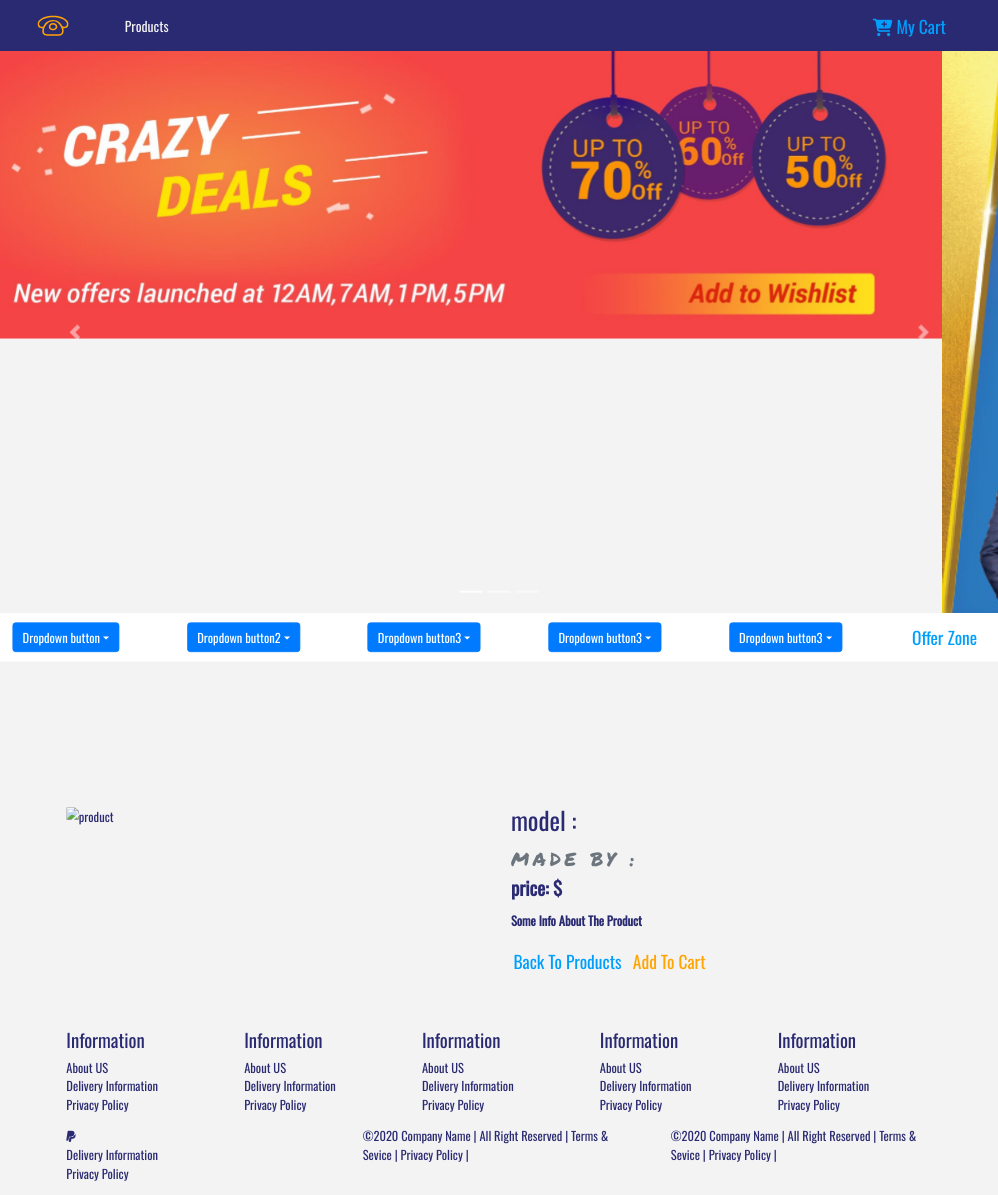
Repository: aditya1068/Online-Store
Page: /details
The author's editor kept a copy of each file at every save. The page is drawn from the files as they stood at one save, then again after the next save.
The browser window is 1280 px wide. The pictures show the whole page, at 78% of full size.
Some web libraries are served in a nearby version. The project was rebuilt for these pictures with package versions that can differ from the ones it lists, and the page was loaded fresh each time. Also part of the build but not shown: src/components/Products.js, src/components/Title.js, src/components/ProductsList.js, src/components/Cart.js, src/components/Default.js.

Above is the page before, as saved 2020-04-03 02:04:35.

### public/index.html
<!DOCTYPE html>
<html lang="en">
  <head>
    <meta charset="utf-8" />
    <link rel="icon" href="%PUBLIC_URL%/favicon.ico" />
    <meta name="viewport" content="width=device-width, initial-scale=1" />
    <meta name="theme-color" content="#000000" />
    <meta
      name="description"
      content="Web site created using create-react-app"
    />
    <link rel="apple-touch-icon" href="%PUBLIC_URL%/logo192.png" />
    <!--
      manifest.json provides metadata used when your web app is installed on a
      user's mobile device or desktop. See https://developers.google.com/web/fundamentals/web-app-manifest/
    -->
    <link rel="manifest" href="%PUBLIC_URL%/manifest.json" />
    <!--
      Notice the use of %PUBLIC_URL% in the tags above.
      It will be replaced with the URL of the `public` folder during the build.
      Only files inside the `public` folder can be referenced from the HTML.

      Unlike "/favicon.ico" or "favicon.ico", "%PUBLIC_URL%/favicon.ico" will
      work correctly both with client-side routing and a non-root public URL.
      Learn how to configure a non-root public URL by running `npm run build`.
    -->
    <!--Google Fonts-->
    <link href="https://fonts.googleapis.com/css?family=Oswald|Permanent+Marker&display=swap" rel="stylesheet">

    <!--Font Awesome-->
    <script src="https://kit.fontawesome.com/7ff98d2d13.js" crossorigin="anonymous"></script>
    <title>Store</title>
  </head>
  <body>
    <noscript>You need to enable JavaScript to run this app.</noscript>
    <div id="root"></div>
    <!--
      This HTML file is a template.
      If you open it directly in the browser, you will see an empty page.

      You can add webfonts, meta tags, or analytics to this file.
      The build step will place the bundled scripts into the <body> tag.

      To begin the development, run `npm start` or `yarn start`.
      To create a production bundle, use `npm run build` or `yarn build`.
    -->
  </body>
</html>

### src/index.js
import React from 'react';
import ReactDOM from 'react-dom';
import './index.css';
import 'bootstrap';
//import 'bootstrap/dist/css/bootstrap.css';
//import 'bootstrap/dist/js/bootstrap.js';
import App from './App';
import { BrowserRouter as Router } from 'react-router-dom';
import {ProductProvider } from './context';
import * as serviceWorker from './serviceWorker';

ReactDOM.render(
    <ProductProvider>

    <Router>
    <App/>
    </Router>

    </ProductProvider>,



 document.getElementById('root'));

// If you want your app to work offline and load faster, you can change
// unregister() to register() below. Note this comes with some pitfalls.
// Learn more about service workers: https://bit.ly/CRA-PWA
serviceWorker.unregister();

### src/App.js
import React, { Component } from "react";
import {Route,Switch} from 'react-router-dom';
import { BrowserRouter as  Router} from 'react-router-dom';
import './App.css';
import "bootstrap/dist/css/bootstrap.min.css";
import Navbar from "./components/Navbar";
import Navbar1 from "./components/Navbar1";
import ProductsList from "./components/ProductsList";
import Details from "./components/Details";
import Cart from "./components/Cart";
import Default from "./components/Default";
import Modal from './components/Modal';
import Slider from "./components/Slider";
import Footer from "./components/Footer";
import Footer2 from "./components/Footer2";

class App extends Component {
  render() {
    return(

      <Router>
        <Navbar />
        <Slider />
        <Navbar1 />

          <Switch>
            <Route path ="/" exact component ={
              () => (<ProductsList></ProductsList>)
            } />

            <Route path ="/details" exact component ={
              () => (<Details></Details>)
             } />

            <Route path ="/cart" exact component ={
              () => (<Cart></Cart>)
            } />

              <Route  component ={
              () => (<Default></Default>)
            } />

              </Switch>

            <Modal />
            <Footer />
            <Footer2 />
  </Router>

    );
  }
}

export default App;

### src/context.js
import React, { Component } from 'react';
import { storeProducts, detailProduct } from './data';

const ProductContext = React.createContext();
// Provider
// Consumer

class ProductProvider extends Component {
   state = {
     products: [],
     detailProduct: detailProduct,
     cart: [],
     modalOpen: false,
     modalProduct: detailProduct,
     cartSubTotal: 0,
     cartTax: 0,
     CartTotal: 0,
   };

   componentDidMount() {
     this.setProducts();
   }

   setProducts = () => {
     let tempProducts = [];
     storeProducts.forEach(item => {
       const singleItem = { ...item };
       tempProducts = [...tempProducts, singleItem];
     });
     this.setState(() => {
       return { products: tempProducts };
     });
   };

    getItem = (id) => {
      const product = this.state.products.find(item => item.id === id);
      return product;
    };

   handleDetail =(id) => {
     const product = this.getItem(id);
     this.setState(() => {
       return { detailProduct:product };
     });
   };

 addToCart =(id) => {
   let tempProducts = [...this.state.products];
   const index = tempProducts.indexOf(this.getItem(id));
   const product = tempProducts[index];
   product.inCart = true;
   product.count = 1;
   const  price  = product.price;
   product.total = price;
   this.setState(() => {
     return { products: tempProducts, cart: [...this.state.cart, product] };
   },
   () => {
     this.addTotals();
   });
 };

    openModal = id => {
      const product = this.getItem(id);
      this.setState(() => {
        return { modalProduct: product, modalOpen: true };
      });
    }

closeModal = () => {
  this.setState(() => {
    return { modalOpen: false };
  });
};

increment = (id) => {
  let tempCart = [...this.state.cart];
  const selectedProduct = tempCart.find(item=>item.id === id);

  const index = tempCart.indexOf(selectedProduct);
  const product = tempCart[index];

  product.count += 1;
  product.total = product.count * product.price;

  this.setState(() => {
    return { cart: [...tempCart] };
  },
  () => {
    this.addTotals();
  });
}

decrement = (id) => {
  let tempCart = [...this.state.cart];
  const selectedProduct = tempCart.find(item => item.id === id);

  const index = tempCart.indexOf(selectedProduct);
  const product = tempCart[index];
  product.count = product.count - 1;
  if (product.count === 0) {
    this.removeItem(id);
  } else {
    product.total = product.count * product.price;
    this.setState(() => {
      return { cart: [...tempCart] };
    },
    () => { this.addTotals(); });
  }
};

removeItem = (id) => {
  const tempProducts = [...this.state.products];
  let tempCart = [...this.state.cart];

  tempCart = tempCart.filter(item => item.id !== id);
  const index = tempProducts.indexOf(this.getItem(id));
  const removedProduct = tempProducts[index];
  removedProduct.inCart = false;
  removedProduct.Count = 0;
  removedProduct.total = 0;
  this.setState(() => {
    return {
      cart: [...tempCart],
      products: [...tempProducts],
    };
  });
}

clearCart =() => {
  this.setState(() => {
    return { cart: [] };
  }, () => {
    this.setProducts();
    this.addTotals();
  });
};

addTotals =() => {
  let subTotal = 0;
  this.state.cart.map(item => (subTotal += item.total));
  const tempTax = subTotal * .18;
  const tax = parseFloat(tempTax.toFixed(1));
  const total = subTotal + tax;
  this.setState(() => {
    return {
      cartSubTotal: subTotal,
      cartTax: tax,
      CartTotal: total,
    };
  });
};

render() {
  return (
    <ProductContext.Provider value={{
      ...this.state,
      handleDetail: this.handleDetail,
      addToCart: this.addToCart,
      openModal: this.openModal,
      closeModal: this.closeModal,
      increment: this.increment,
      decrement: this.decrement,
      removeItem: this.removeItem,
      clearCart: this.clearCart,
    }}
    >
      {this.props.children}
    </ProductContext.Provider>
  );
}
}


const ProductConsumer = ProductContext.Consumer;

export { ProductProvider, ProductConsumer };

### src/App.css
:root{
  --mainBlue: #2a2a72;
  --lightBlue: #009ffd;
  --mainWhite: #f3f3f3;
  --mainDark: #232528;
  --mainYellow: #ffa400;
}
body{
    font-family: 'Oswald', sans-serif !important;
    background: var(--mainWhite)!important;
    color: var(--mainBlue)!important ;
}
.text-title{
font-family: 'Permanent Marker', cursive;
letter-spacing: 0.3rem;
text-transform: uppercase;
}
.text-blue{
  color: var(--mainBlue);
}
.text-bright{
  color: var(--lightBlue);
}
.btn-black{
  background: transparent;
  text-transform: capitalize;
  font-size: 0.6rem !important;
  color: var(--mainDark);
  border-radius: 0 !important;
  border: 0.1rem solid var(--mainDark) !important;
}

.btn-black:hover{
  background: var(--mainDark) !important;
  color: var(--mainWhite) !important;
}

.cart-icon{
  cursor: pointer;
  font-size: 1.2rem;
  color: var(--mainYellow);
}

### src/components/Navbar.js
import React, { Component } from 'react';
import {Link} from 'react-router-dom';
import logo from "../logo.svg";
import styled from "styled-components";
import {ButtonContainer} from  './button';
export default class Navbar extends Component{
    render(){
        return(

           <NavWrapper className="navbar navbar-expand-sm navbar-dark  px-sm-5">
               { /*
                https://www.iconfinder.com/icons/1243689/call_phone_icon
                Creative Commons (Attribution 3.0 Unported);
               https://www.iconfinder.com/Makoto_msk */}
    <Link to ='/' >
     <img src={logo} alt = "store" className="navbar-brand" />
    </Link>
    <ul className= "navbar-nav align-items-center">
        <li className="nav-item ml-5">
        <Link to= "/" className= "nav-link">
            products
            </Link>
            </li>
        </ul>
        <Link to= '/Cart' className="ml-auto">

        <ButtonContainer>
            <span className ="mr-2">
                <i className="fas fa-cart-plus"></i>  my cart
                </span> </ButtonContainer>
        </Link>
            </NavWrapper>
        );
    }
}

const NavWrapper =styled.nav`
background: var(--mainBlue);
.nav-link{
    color:var(--mainWhite)!important;
    font-size: 1.1rem;
    text-transform: capitalize;
}
`;

### src/components/Details.js
import React, { Component } from 'react';
import {ProductConsumer} from '../context';
import {Link} from 'react-router-dom';
import {ButtonContainer} from './button';
export default class Details extends Component{
    render(){
        return(

            <ProductConsumer>
                {(value)=>{
                    const {id,company,img,info,price,title,inCart}=
                    value.detailProduct;
                    return(
                        <div className="container py-5">
                            {/*title */}
                            <div className="row">
                                <div className="col-10 mx-auto text-center text-slanted text-blue my-5">
                                    <h1>{title}</h1>
                                    </div>
                            </div>

                            {/*end title */}
                            {/*Product info */}
                            <div className="row">
                                <div className="col-10 mx-auto col-md-6 my-3">

                                 <img src={img} className="img-fluid" alt="product"/>
                                </div>
                                {/* Product text */}
                                <div className="col-10 mx-auto col-md-6 my-3  text-capitalise">
                                    <h2>model :{title}</h2>
                                    <h4  className="text-title text-upercase text-muted mt-3 mb-2">
                                   made by : <span className="text-uppercase">
                                       {company}</span>  </h4>
                                       <h4 className="text-blue">
                                           <strong>
                                               price: <span>$</span>
                                          {price}
                                           </strong>
                                  </h4>
                                <p className="text-capitalize font-weight-bold mt-3 mb-0">
                                    some info about the product
                                </p>
                                <p className="text-muted lead">{info}</p>
                                {/* buttons */}
                                <div>
                                    <Link to="/">
                                        <ButtonContainer>back to products</ButtonContainer>
                                    </Link>
                                    <ButtonContainer cart
                                     disabled={inCart ? true : false}
                                     onClick={()=>{
                                        value.addToCart(id);
                                        value.openModal(id);
                                     }}
                                     >
                                        {inCart ? "inCart": "add to cart"}
                                    </ButtonContainer>

                                </div>
                            </div>
                        </div>
                        </div>
                    );
                }}

            </ProductConsumer>

        );
    }

}

### src/components/Modal.js
import React, { Component } from 'react'
import styled from 'styled-components';
import {ProductConsumer} from '../context';
import {ButtonContainer } from './button';
import {Link} from "react-router-dom";


export default class  extends Component {
    render() {
        return (
            <ProductConsumer>
                {(value) => {
                    const {modalOpen,closeModal} = value;
                    const {img,title,price} = value.modalProduct;

                    if(!modalOpen){
                        return null;
                    }

                    else{
                return (
                <ModalContainer>
    <div className="container">
    <div className="row">
      <div id="modal" className= "col-8 mx-auto col-md-6 col-lg-4 text-center text-capitalize">
    <h5>item added to the cart</h5>
    <img src={img} className="img-fluid" alt="product" />
    <h5>{title}</h5>
    <h5 className= "text-muted">price : $ {price} </h5>
    <Link to ='/'>
        <ButtonContainer onClick={()=>closeModal()}>
            continue Shopping
        </ButtonContainer>
    </Link>
    <Link to ='/cart'>
        <ButtonContainer cart onClick={()=>closeModal()}>
            go to Cart
        </ButtonContainer>
    </Link>
    </div>
    </div> </div>
                        </ModalContainer>
                        );

                }
            }}
            </ProductConsumer>
        );
    }
}

const ModalContainer = styled.div`
position:fixed;
top: 0;
left: 0;
right: 0;
bottom: 0;
background: rgba(0,0,0,0.3);
display: flex;
align-items: center;
justufy-content: center;
#modal{
    background: var(--mainWhite);
}
`;

### src/components/Slider.js
import React, { Component } from 'react'
import Carousel from 'react-bootstrap/Carousel'
//import Carousel from 'react-multi-carousel';
import 'react-multi-carousel/lib/styles.css';
import {Link} from 'react-router-dom';

export default class Slider extends Component {
    render() {
        return (
            <div>
                <Carousel>
  <Carousel.Item>
    <img
      className="d-block w-100"
      src="img/slider1.jpg"
      alt="First slide"
    />
    <Carousel.Caption>
      <h3></h3>
      <p></p>
    </Carousel.Caption>
  </Carousel.Item>
  <Carousel.Item>
    <img
      className="d-block w-100"
      src="img/slider2.jpg"
      alt="Second slide"
    />

    <Carousel.Caption>

    </Carousel.Caption>
  </Carousel.Item>
  <Carousel.Item>
    <img
      className="d-block w-100"
      src="img/slider3.jpg"
      alt="Third slide"
    />


  </Carousel.Item>
</Carousel>
            </div>
        )
    }
}

### src/components/Footer.js
import React, { Component } from 'react';

export default class Footer extends Component {
    render() {
      return (
          <div className="main-footer">
              <div className= "container">
              <div className= "row">
                  {/* column1 */}
                  <div className= "col">
                      <h4>Information</h4>
                      <ul className="list-unstyled">
                          <li>About US</li>
                          <li>Delivery Information</li>
                          <li>Privacy Policy</li>
                      </ul>
                  </div>
                  {/* column2 */}
                  <div className= "col">
                      <h4>Information</h4>
                      <ul className="list-unstyled">
                          <li>About US</li>
                          <li>Delivery Information</li>
                          <li>Privacy Policy</li>
                      </ul>
                  </div>
                  {/* column3 */}
                  <div className= "col">
                      <h4>Information</h4>
                      <ul className="list-unstyled">
                          <li>About US</li>
                          <li>Delivery Information</li>
                          <li>Privacy Policy</li>
                      </ul>
                  </div>
                  {/*column 4 */}
                  <div className= "col">
                      <h4>Information</h4>
                      <ul className="list-unstyled">
                          <li>About US</li>
                          <li>Delivery Information</li>
                          <li>Privacy Policy</li>
                      </ul>
                  </div>
                   {/*column 5 */}
                   <div className= "col">
                      <h4>Information</h4>
                      <ul className="list-unstyled">
                          <li>About US</li>
                          <li>Delivery Information</li>
                          <li>Privacy Policy</li>
                      </ul>
                  </div>



                  </div>
              </div>
          </div>
      )
      }}

### src/components/Footer2.js
import React, { Component } from 'react';

export default class Footer2 extends Component {
    render() {
      return (
        <div className="main-footer">
              <div className= "container">
              <div className= "row">
                  {/* column1 */}
                  <div className= "col">
                      <ul className="list-unstyled">
                          <li><i class="fab fa-paypal"></i></li>
                          <li>Delivery Information</li>
                          <li>Privacy Policy</li>
                      </ul>
                  </div>
                          {/* column2 */}
                   <div className= "col">

                      <ul className="list-unstyled">
                          <li> &copy;{(new Date().getFullYear())} Company Name | All Right Reserved | Terms & Sevice | Privacy Policy |</li>

                      </ul>
                  </div>

     {/* column2 */}
     <div className= "col">
     <p className="col-sm">
                          &copy;{(new Date().getFullYear())} Company Name | All Right Reserved | Terms & Sevice | Privacy Policy |
                      </p>
                        </div>
                     </div>
                  </div>
                 </div>



      )
    }
}

### src/components/button.js
import styled from "styled-components"



export const ButtonContainer = styled.button`
text-transform:capitalize;
font-size:1.4rem;
background: transparent;
border: 0.05 rem solid var(--lightBlue);
color: var(--lightBlue);
border-color: ${props => (props.cart? "var(--mainYellow)": "var--(lightBlue)")};
color ${prop => prop.cart ? "var(--mainYellow)": "var--(lightBlue)"};
border-radius: 0.5rem;
padding:0.2rem;
cursor:pointer;
margin:0.2rem 0.5rem 0.2rem 0;
transition:all 0.5s ease-in-out;
&:hover: {
    background:${prop => prop.cart ? "var(--mainYellow)": "var--(lightBlue)"};
    color:var(--mainBlue);
}
&:focus{
    outLine: none;
}
`;

Loaded but not shown: src/index.css (common file); src/serviceWorker.js (common file); src/data.js (99 lines, source omitted); src/components/Navbar1.js (89 lines, source omitted)

After the next save:
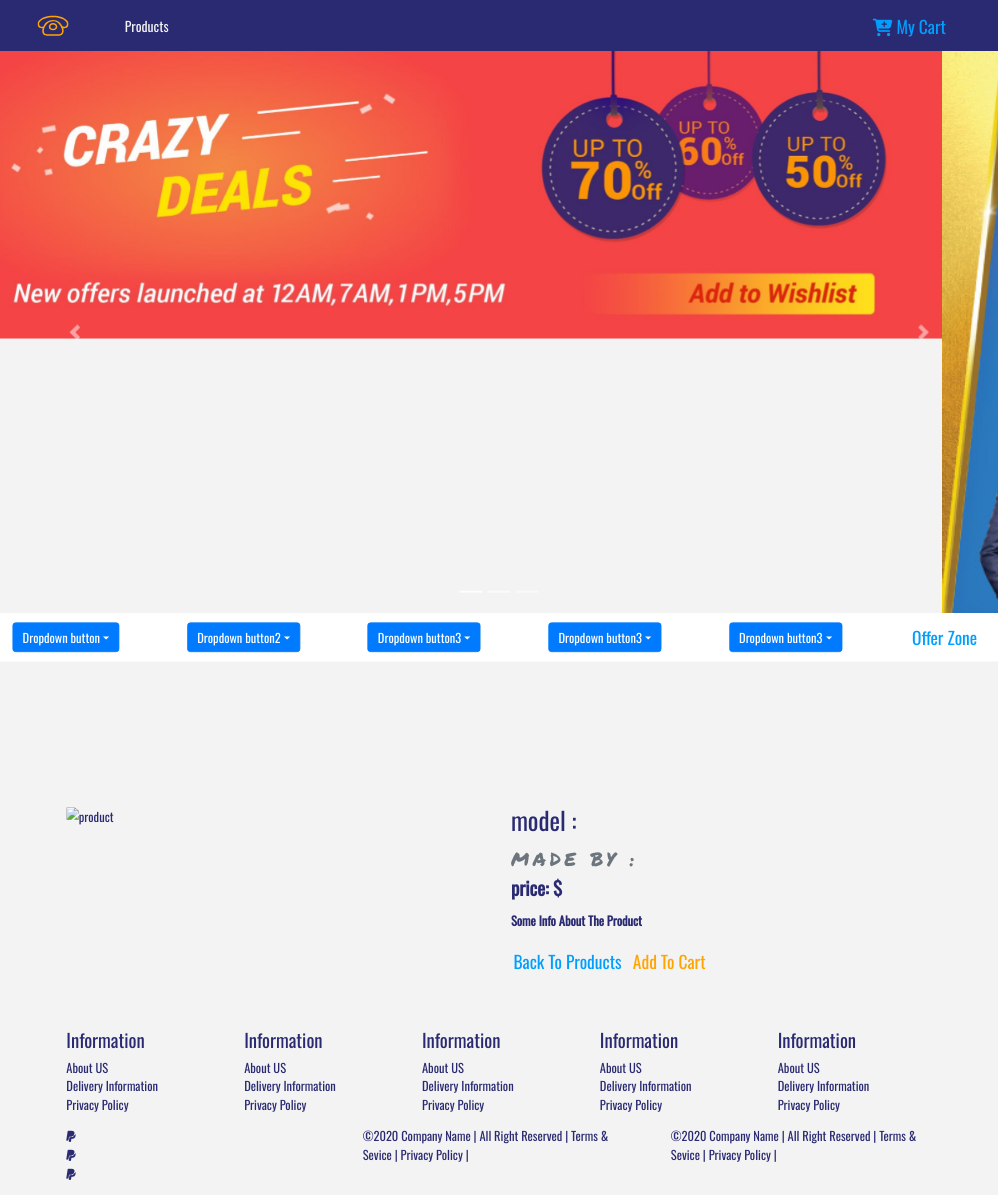
Saved 79 s later.
--- a/src/components/Footer2.js
+++ b/src/components/Footer2.js
@@ -10,8 +10,8 @@ export default class Footer2 extends Component {
                   <div className= "col">
                       <ul className="list-unstyled">
                           <li><i class="fab fa-paypal"></i></li>
-                          <li>Delivery Information</li>
-                          <li>Privacy Policy</li>
+                          <li><i class="fab fa-paypal"></i></li>
+                          <li><i class="fab fa-paypal"></i></li>
                       </ul>
                   </div>
                           {/* column2 */}
